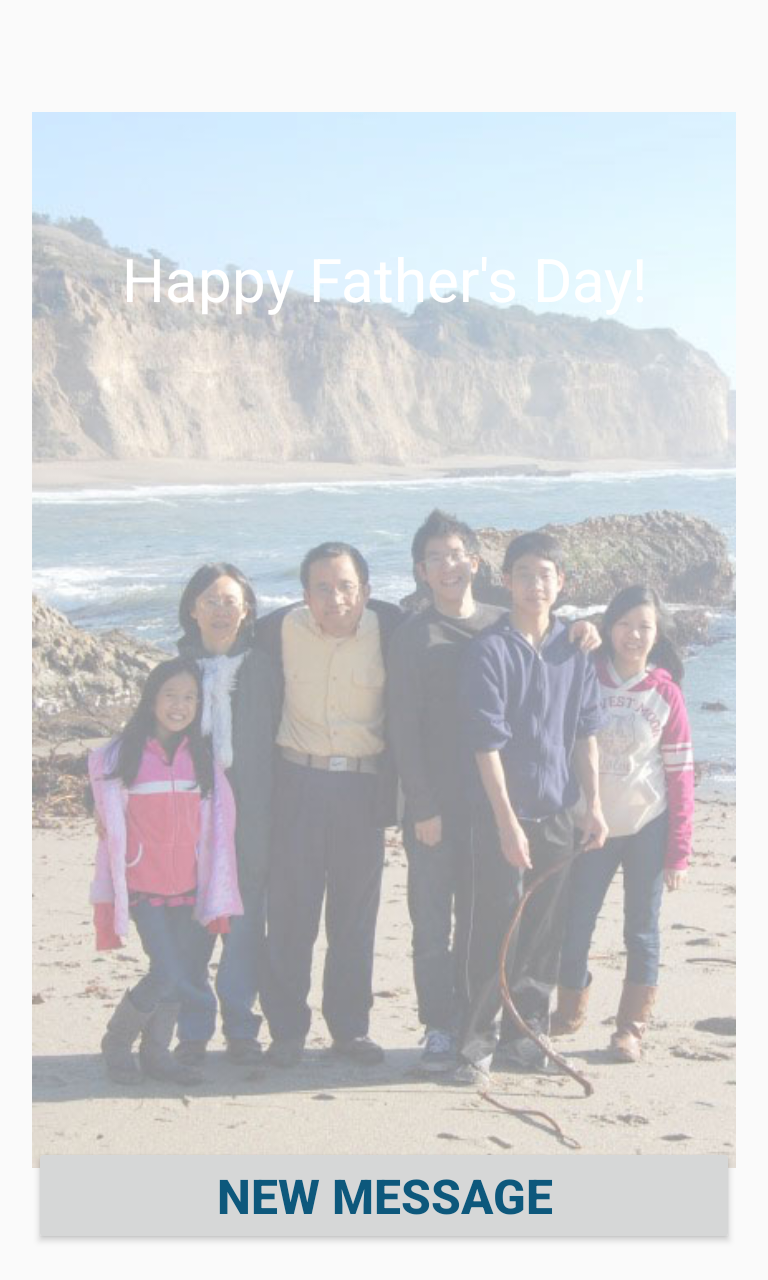
Repository: asaphy/routines
Layout: AndroidWorkSpace/Father'sDayApp/res/layout/activity_main.xml
An editor plug-in stored every save of this project. The layout is shown before and after the next save, followed by the edit.
It is drawn on a 768 x 1280 px phone screen (xhdpi) without system bars, with theme AppTheme; the app's code is not run.

Above is the layout before, as saved 2014-06-14 23:03:48.

### AndroidWorkSpace/Father'sDayApp/res/layout/activity_main.xml
<RelativeLayout xmlns:android="http://schemas.android.com/apk/res/android"
    xmlns:tools="http://schemas.android.com/tools"
    android:layout_width="match_parent"
    android:layout_height="match_parent"
    android:paddingBottom="@dimen/activity_vertical_margin"
    android:paddingLeft="@dimen/activity_horizontal_margin"
    android:paddingRight="@dimen/activity_horizontal_margin"
    android:paddingTop="@dimen/activity_vertical_margin"
    tools:context="com.asaphyuan.fathersdayapp.MainActivity$PlaceholderFragment" >

    <ImageView
        android:id="@+id/imageView1"
        android:layout_width="match_parent"
        android:layout_height="match_parent"
        android:src="@drawable/family" />

    <TextView
        android:id="@+id/textView1"
        android:layout_width="wrap_content"
        android:layout_height="wrap_content"
        android:layout_alignParentTop="true"
        android:layout_centerHorizontal="true"
        android:layout_marginTop="103dp"
        android:gravity="center_horizontal"
        android:text="Happy Father&apos;s Day!"
        android:textColor="#FFFFFF"
        android:textSize="30sp" />

    <Button
        android:id="@+id/button1"
        android:layout_width="match_parent"
        android:layout_height="wrap_content"
        android:layout_alignBottom="@+id/imageView1"
        android:layout_alignLeft="@+id/imageView1"
        android:text="New Message"
        android:textColor="#0D587C"
        android:textSize="24sp"
        android:textStyle="bold"
        android:typeface="normal" />

</RelativeLayout>

Loaded but not shown: AndroidWorkSpace/Father'sDayApp/res/values/styles.xml (common file); AndroidWorkSpace/Father'sDayApp/res/values-v11/styles.xml (common file); AndroidWorkSpace/Father'sDayApp/res/values-v14/styles.xml (common file); AndroidWorkSpace/Father'sDayApp/res/values/dimens.xml (common file); AndroidWorkSpace/Father'sDayApp/res/values-w820dp/dimens.xml (common file)

After the next save:
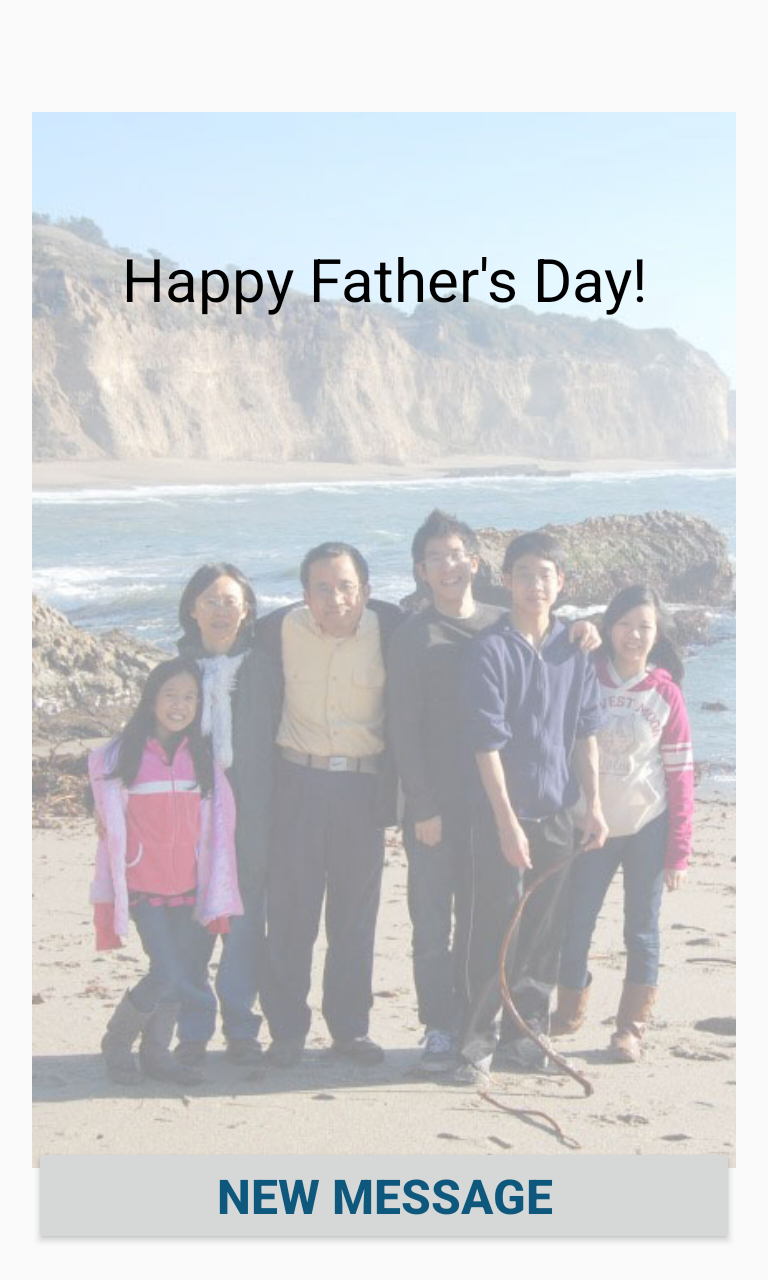
Saved 11 min 56 s later.
--- a/AndroidWorkSpace/Father'sDayApp/res/layout/activity_main.xml
+++ b/AndroidWorkSpace/Father'sDayApp/res/layout/activity_main.xml
@@ -23,7 +23,7 @@
         android:layout_marginTop="103dp"
         android:gravity="center_horizontal"
         android:text="Happy Father&apos;s Day!"
-        android:textColor="#FFFFFF"
+        android:textColor="#000"
         android:textSize="30sp" />
 
     <Button
